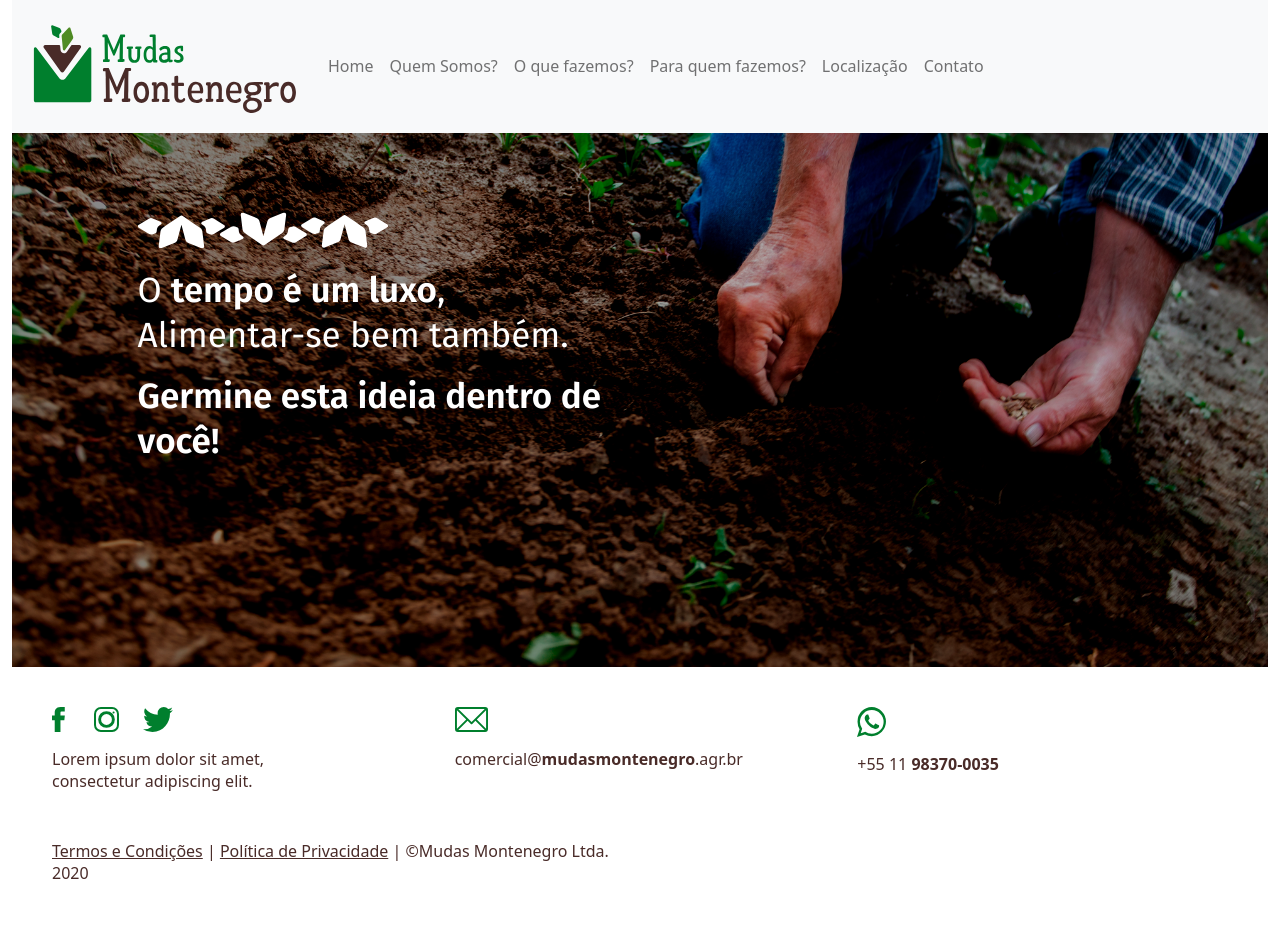
Repository: MaKnok/mudas-montenegro
Page: index.html
An editor plug-in stored every save of this project. The page is shown before and after the next save, followed by the edit.
The browser window is 1280 px wide. The pictures show the whole page.
Some web libraries are served in a nearby version.

Above is the page before, as saved 2021-06-16 17:24:41.

After the next save:
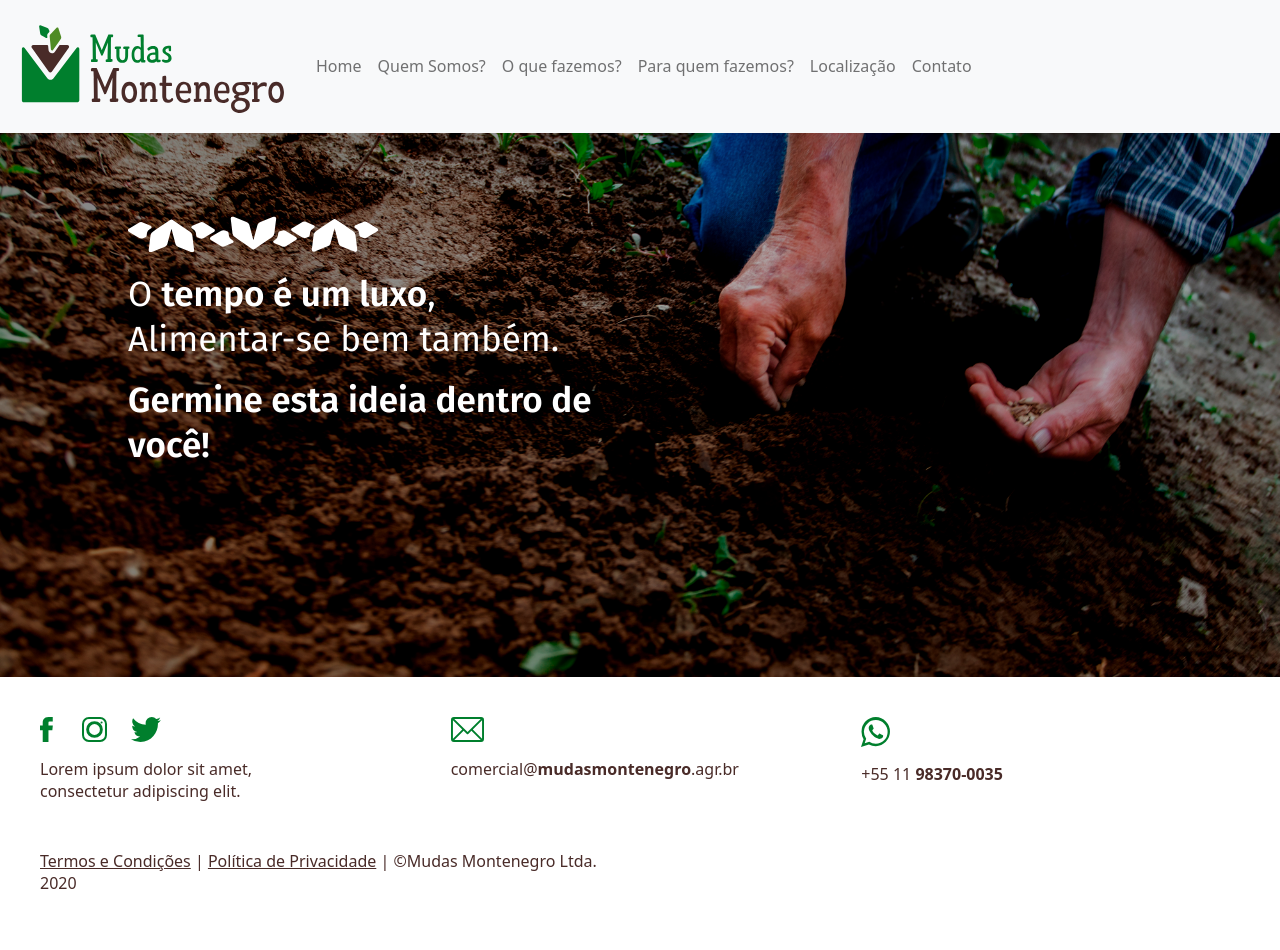
Saved 116 s later.
--- a/index.html
+++ b/index.html
@@ -14,7 +14,7 @@
 <body>
 
 <!-- Container -->
-  <div class="container-fluid">
+
 
     <!-- Navigation -->
     <nav class="navbar navbar-expand-md navbar-light bg-light sticky-top">
@@ -231,7 +231,6 @@
       </div>
 
     </div>
-
 
   <!--- Footer -->
     <footer>
@@ -277,9 +276,7 @@
 
     </footer>
 
-  </div>
-
-<script src="https://cdn.jsdelivr.net/npm/bootstrap@5.0.1/dist/js/bootstrap.bundle.min.js" integrity="sha384-gtEjrD/SeCtmISkJkNUaaKMoLD0//ElJ19smozuHV6z3Iehds+3Ulb9Bn9Plx0x4" crossorigin="anonymous"></script>
+    <script src="https://cdn.jsdelivr.net/npm/bootstrap@5.0.1/dist/js/bootstrap.bundle.min.js" integrity="sha384-gtEjrD/SeCtmISkJkNUaaKMoLD0//ElJ19smozuHV6z3Iehds+3Ulb9Bn9Plx0x4" crossorigin="anonymous"></script>
 
 </body>
 </html>
